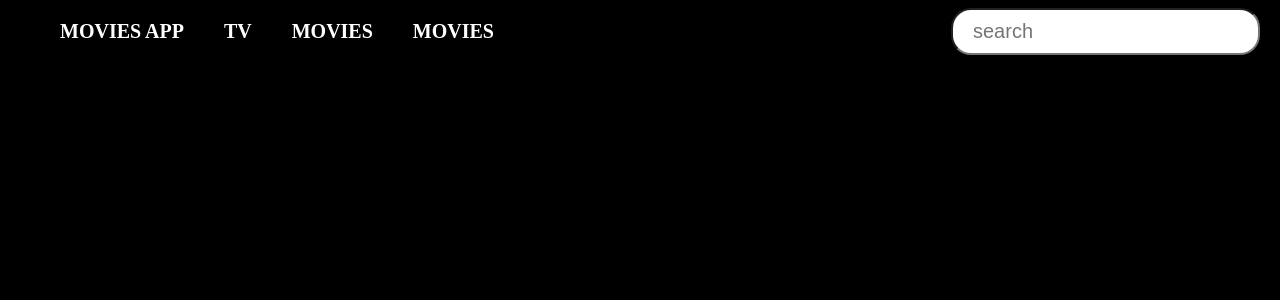
Repository: manahiang/MovieMana
Page: / (app in src/)
The author's editor kept a copy of each file at every save. The page is drawn from the files as they stood at one save, then again after the next save.
The browser window is 1280 px wide. The pictures show the whole page.
The project was rebuilt for these pictures with package versions that can differ from the ones it lists, and the page was loaded fresh each time. Also part of the build but not shown: src/src/App.css.

Above is the page before, as saved 2022-11-14 16:29:56.

After the next save:
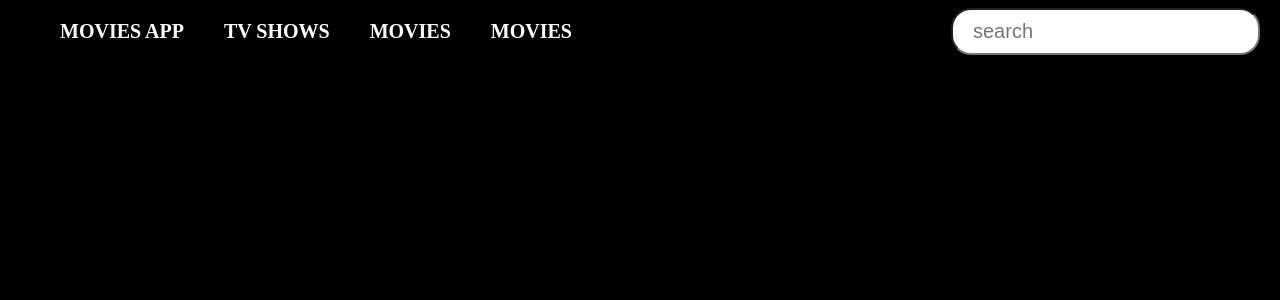
Saved 7 s later.
--- a/src/src/Main.js
+++ b/src/src/Main.js
@@ -8,7 +8,7 @@ function Main(){
                     <div className='menu'>
                         <ul>
                             <li><a href='#'>Movies App</a></li>
-                            <li><a href='#'>TV</a></li>
+                            <li><a href='#'>TV shows</a></li>
                             <li><a href='#'>Movies</a></li>
                             <li><a href='#'>Movies</a></li>
                         </ul>
